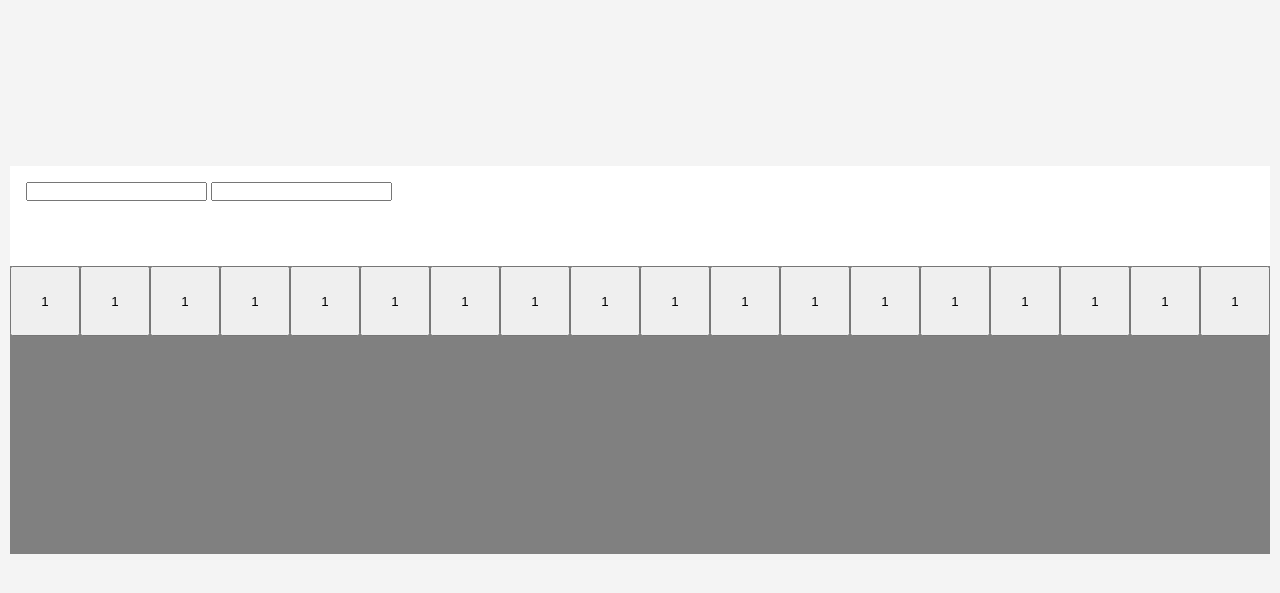
Repository: DNature/calc
Page: index.html
The author's editor kept a copy of each file at every save. The page is drawn from the files as they stood at one save, then again after the next save.
The browser window is 1280 px wide. The pictures show the whole page.

Above is the page before, as saved 2019-11-20 23:50:01.

### index.html
<!DOCTYPE html>
<html lang="en">
  <head>
    <meta charset="UTF-8" />
    <meta name="viewport" content="width=device-width, initial-scale=1.0" />
    <meta http-equiv="X-UA-Compatible" content="ie=edge" />
    <link rel="stylesheet" href="css/style.css" />
    <title>Calculator</title>
  </head>
  <body>
    <div class="calculator">
      <div class="output">
        <input type="number" id="subField" />
        <input type="number" id="mainField" />
      </div>

      <div class="inputs">
        <button class="button">1</button>
        <button class="button">1</button>
        <button class="button">1</button>
        <button class="button">1</button>
        <br />
        <button class="button">1</button>
        <button class="button">1</button>
        <button class="button">1</button>
        <button class="button">1</button>
        <button class="button">1</button>
        <button class="button">1</button>
        <button class="button">1</button>
        <button class="button">1</button>
        <button class="button">1</button>
        <button class="button">1</button>
        <button class="button">1</button>
        <button class="button">1</button>
        <button class="button">1</button>
        <button class="button">1</button>
      </div>
    </div>
    <script src="./js/index.js"></script>
  </body>
</html>

### css/style.css
* {
  margin: 0;
  padding: 0;
  box-sizing: border-box;
}

body {
  font-family: Arial, Helvetica, sans-serif;
  background: #f4f4f4;
  height: 100vh;
  width: 100vw;
  display: grid;
  place-content: center;
}

.calculator {
  width: 20vw;
  background: white;
  display: grid;
  place-content: center;

  border-radius: 5px;
}

.output {
  height: 100px;
  padding: 1rem;
  background: white;
}

.inputs {
  background: grey;
  display: flex;
  place-content: center;
  height: 40vh;
}

.button {
  width: 70px;
  height: 70px;
}

Loaded but not shown: js/index.js (no stored copy; drawn as an empty file)

After the next save:
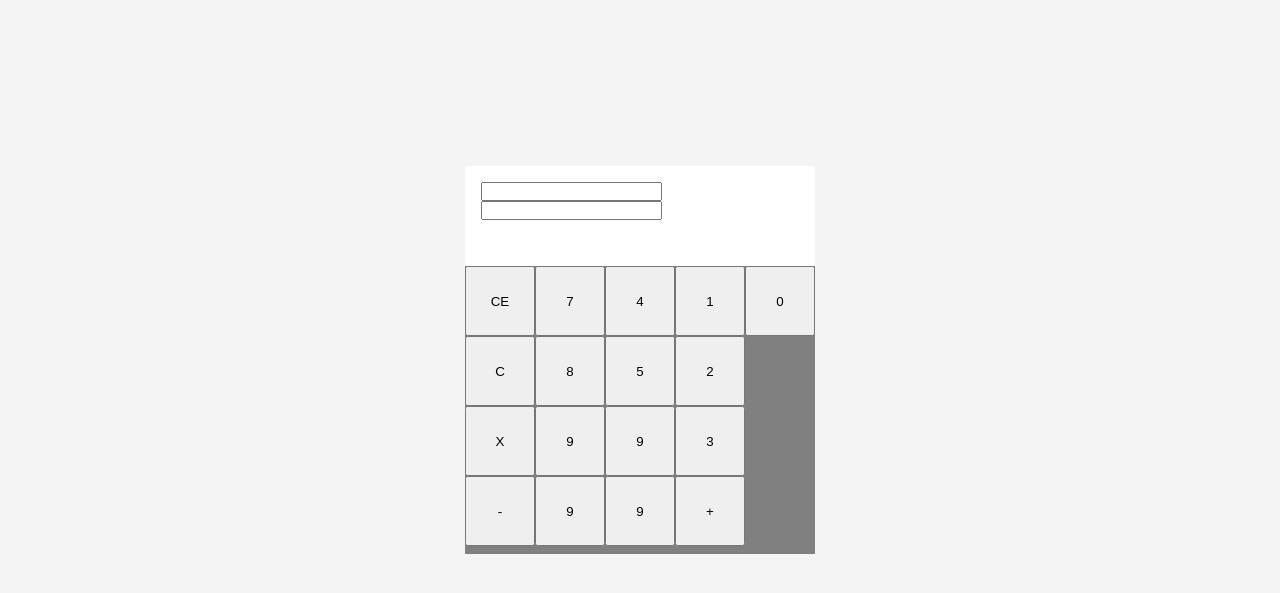
Saved 75 s later.
--- a/index.html
+++ b/index.html
@@ -15,25 +15,33 @@
       </div>
 
       <div class="inputs">
-        <button class="button">1</button>
-        <button class="button">1</button>
-        <button class="button">1</button>
-        <button class="button">1</button>
-        <br />
-        <button class="button">1</button>
-        <button class="button">1</button>
-        <button class="button">1</button>
-        <button class="button">1</button>
-        <button class="button">1</button>
-        <button class="button">1</button>
-        <button class="button">1</button>
-        <button class="button">1</button>
-        <button class="button">1</button>
-        <button class="button">1</button>
-        <button class="button">1</button>
-        <button class="button">1</button>
-        <button class="button">1</button>
-        <button class="button">1</button>
+        <div class="row">
+          <button id="" class="button">CE</button>
+          <button id="" class="button">C</button>
+          <button id="" class="button">X</button>
+          <button id="" class="button">-</button>
+        </div>
+        <div class="row">
+          <button id="" class="button">7</button>
+          <button id="" class="button">8</button>
+          <button id="" class="button">9</button>
+          <button id="" class="button">9</button>
+        </div>
+        <div class="row">
+          <button id="" class="button">4</button>
+          <button id="" class="button">5</button>
+          <button id="" class="button">9</button>
+          <button id="" class="button">9</button>
+        </div>
+        <div class="row">
+          <button id="" class="button">1</button>
+          <button id="" class="button">2</button>
+          <button id="" class="button">3</button>
+          <button id="" class="button plus">+</button>
+        </div>
+        <div class="row">
+          <button id="" class="button">0</button>
+        </div>
       </div>
     </div>
     <script src="./js/index.js"></script>
